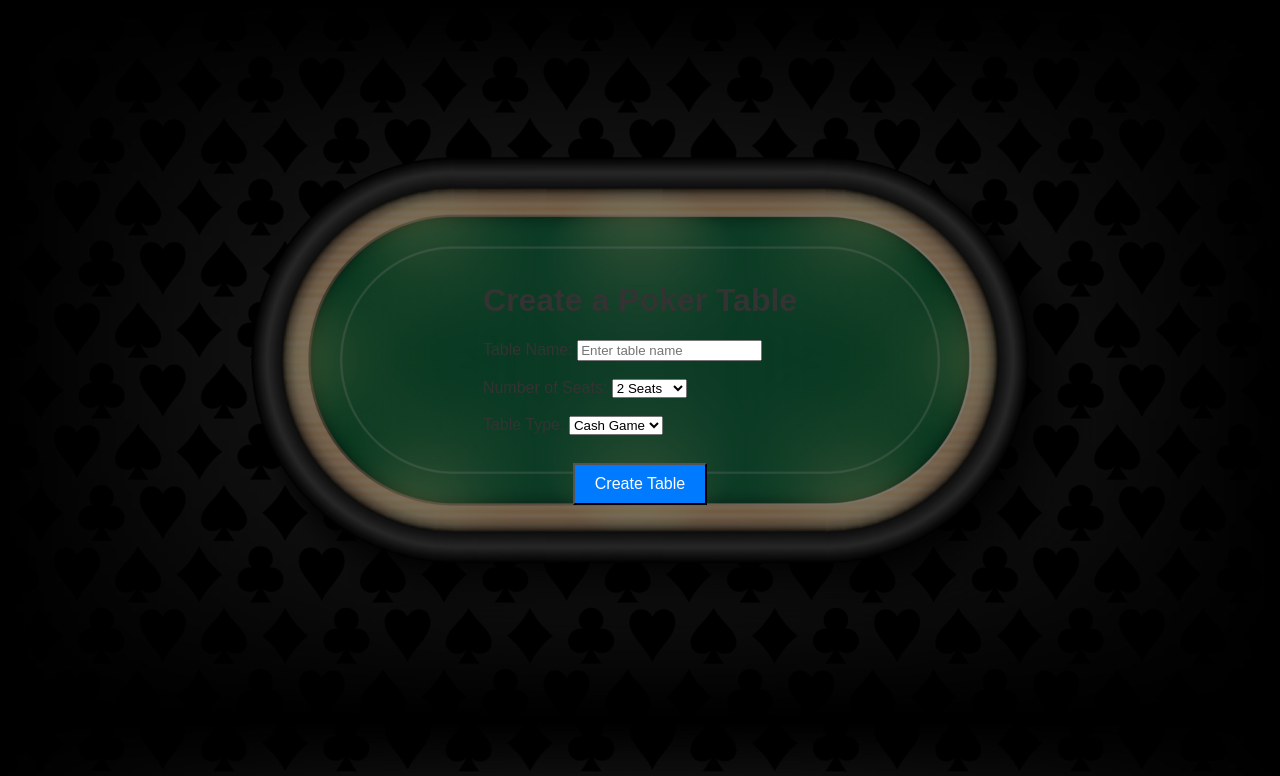
Repository: KidBillionaire/newapp
Page: public/create-table.html
An editor plug-in stored every save of this project. The page is shown before and after the next save, followed by the edit.
The browser window is 1280 px wide. The pictures show the whole page.
Backgrounds fixed to the window are drawn as part of the page.

Above is the page before, as saved 2024-10-10 16:18:09.

After the next save:
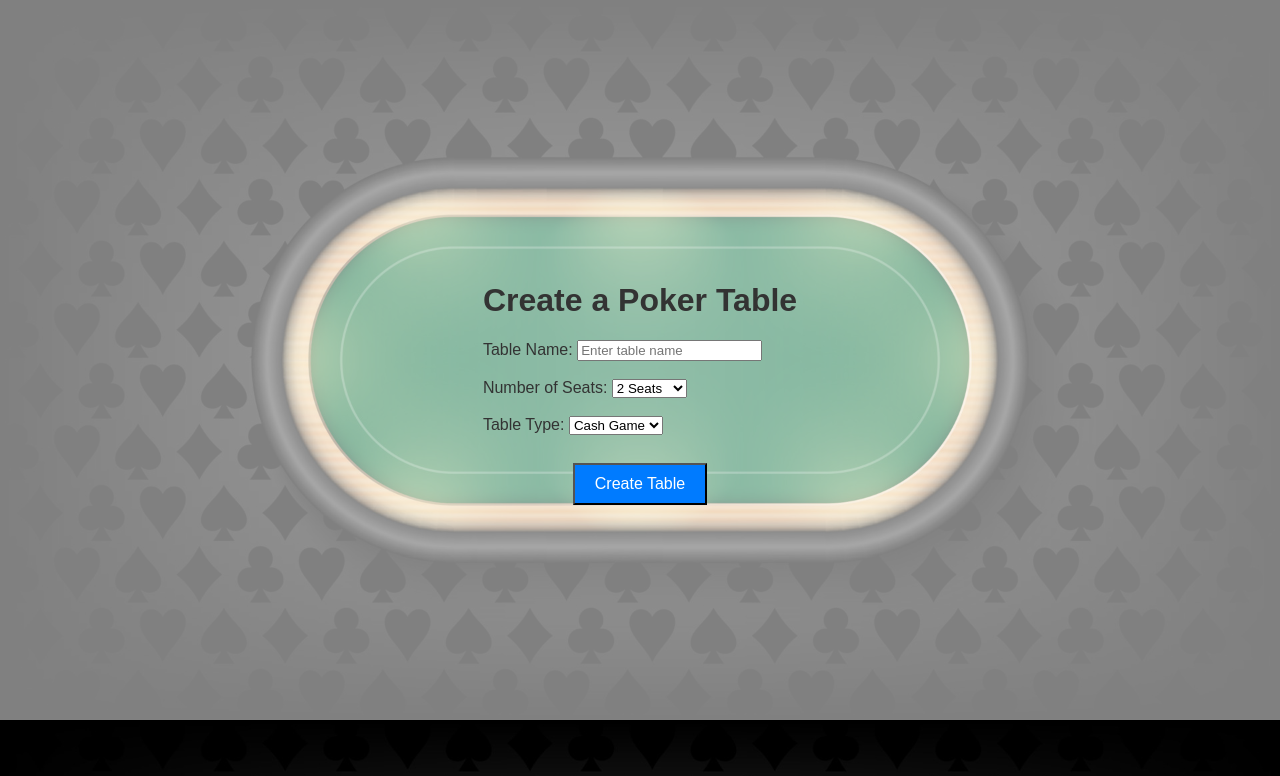
Saved 18 s later.
--- a/public/styles.css
+++ b/public/styles.css
@@ -131,6 +131,6 @@ button {
     left: 0;
     width: 100%;
     height: 100%;
-    background: rgba(0, 0, 0, 0.5); /* Dark overlay */
+    background: rgba(255, 255, 255, 0.5); /* Dark overlay */
     z-index: -1; /* Ensure it stays behind other elements */
   }
